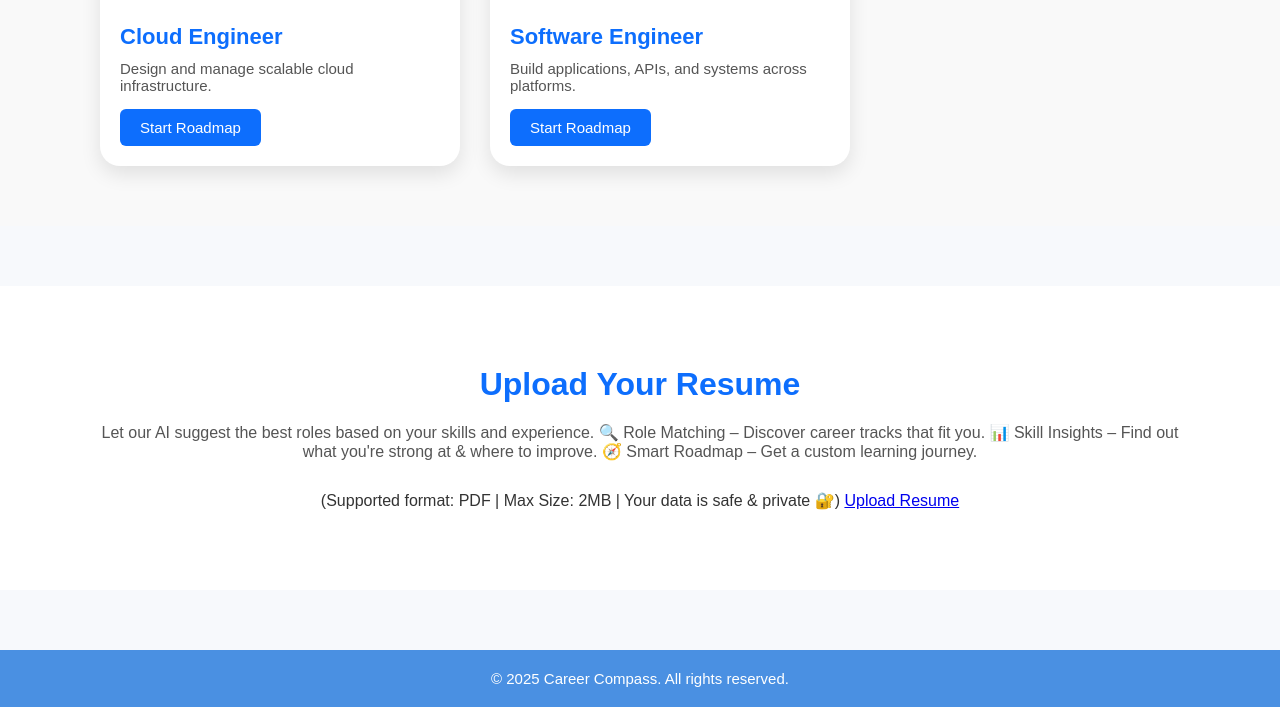
Repository: AI-Devsara01/Career-Compass
Page: templates/home.html
An editor plug-in stored every save of this project. The page is shown before and after a run of saves, followed by the edit.
The browser window is 1280 px wide. The pictures show the part of the page from y = 1150 to 1875 px (the page is 1857 px tall before and 1875 px after).
The template is drawn by Flask 3. The application's start-up code is not run. Other server files are loaded and not shown. The template is opened directly, without the code that normally fills it, so the values that code supplies are empty.

Above is the page before, as saved 2025-04-20 14:38:56.

### templates/home.html
<!DOCTYPE html>
<html lang="en">
<head>
  <meta charset="UTF-8" />
  <meta name="viewport" content="width=device-width, initial-scale=1.0"/>
  <title>Career Compass 🌟</title>
  <link rel="stylesheet" href="https://cdnjs.cloudflare.com/ajax/libs/font-awesome/6.4.0/css/all.min.css"/>
  <link href="https://fonts.googleapis.com/css2?family=Roboto:wght@400;700&display=swap" rel="stylesheet"/>
  <style>
    * {
      margin: 0;
      padding: 0;
      box-sizing: border-box;
    }
    body {
      font-family: 'Poppins', sans-serif;
      background-color: #f7f9fc;
      color: #333;
    }

    .navbar {
      display: flex;
      justify-content: center;
      background-color: #4a90e2;
      padding: 15px 0;
      box-shadow: 0 4px 10px rgba(0, 0, 0, 0.1);
      position: sticky;
      top: 0;
      z-index: 1000;
    }
    .navbar a {
      color: #fff;
      text-decoration: none;
      margin: 0 20px;
      font-weight: bold;
      font-size: 17px;
      transition: 0.3s;
    }
    .navbar a:hover {
      color: #ff6f61;
    }

    .hero {
      background: url('AHaD_&pid=Api&P=0&h=180') no-repeat center center;
      background-size: cover;
      padding: 100px 20px;
      color: #fff;
    }
    .hero-card {
      background: #fff;
      padding: 50px 30px;
      max-width: 800px;
      margin: auto;
      border-radius: 20px;
      box-shadow: 0 12px 25px rgba(0, 0, 0, 0.1);
    }
    .hero h1 {
      font-size: 56px;
      margin-bottom: 20px;
    }
    .hero p {
      font-size: 20px;
      color: #555;
      margin-bottom: 30px;
    }
    .btn {
      background: #ff6f61;
      color: #fff;
      padding: 14px 36px;
      font-size: 18px;
      border: none;
      border-radius: 30px;
      text-decoration: none;
      transition: 0.3s;
      box-shadow: 0 4px 10px rgba(0, 0, 0, 0.1);
    }
    .btn:hover {
      background: #ff4a3d;
    }

    .main-content {
      display: flex;
      gap: 40px;
      padding: 60px 100px;
      flex-wrap: wrap;
      background-color: #f9f9f9;
    }

    .roles-container {
      flex: 3;
      display: grid;
      grid-template-columns: repeat(auto-fit, minmax(280px, 1fr));
      gap: 30px;
    }

    .card {
      background: #fff;
      border-radius: 20px;
      overflow: hidden;
      box-shadow: 0 8px 20px rgba(0, 0, 0, 0.1);
      transition: transform 0.4s;
    }

    .card:hover {
      transform: translateY(-10px);
    }

    .card img {
      width: 100%;
      height: 180px;
      object-fit: cover;
    }

    .card-content {
      padding: 20px;
    }

    .card h3 {
      font-size: 22px;
      color: #0d6efd;
      margin-bottom: 10px;
    }

    .card p {
      font-size: 15px;
      color: #555;
      margin-bottom: 15px;
    }

    .card a {
      background: #0d6efd;
      color: #fff;
      padding: 10px 20px;
      border-radius: 6px;
      text-decoration: none;
      font-size: 15px;
      display: inline-block;
    }

    .card a:hover {
      background: #0056b3;
    }

    .sidebar {
      flex: 1;
      background: #fff;
      padding: 20px;
      border-radius: 14px;
      box-shadow: 0 4px 18px rgba(0, 0, 0, 0.08);
      text-align: center;
      height: fit-content;
    }

    .chat-container {
      background: #0d6efd;
      color: #fff;
      padding: 15px 25px;
      border-radius: 50px;
      display: flex;
      align-items: center;
      justify-content: center;
      cursor: pointer;
      margin-bottom: 20px;
      transition: transform 0.3s;
    }

    .chat-container:hover {
      transform: scale(1.05);
    }

    .chat-container i {
      font-size: 20px;
      margin-right: 10px;
    }

    .chat-container span {
      font-weight: 600;
    }

    .sidebar h2 {
      font-size: 22px;
      color: #0d6efd;
      margin-bottom: 10px;
    }

    .sidebar p {
      font-size: 14px;
      color: #666;
    }

    .feature-section {
      background: #fff;
      padding: 80px 100px;
      text-align: center;
      margin-top: 60px;
    }

    .feature-section h2 {
      font-size: 32px;
      color: #0d6efd;
      margin-bottom: 20px;
    }

    .feature-section p {
      font-size: 16px;
      color: #555;
      margin-bottom: 30px;
    }

    .feature-section form {
      display: flex;
      flex-direction: column;
      align-items: center;
      gap: 15px;
    }

    .feature-section input[type="file"],
    .feature-section input[type="submit"] {
      padding: 10px 15px;
      font-size: 16px;
      border-radius: 6px;
      width: 100%;
      max-width: 350px;
    }

    .feature-section input[type="file"] {
      background: #f1f1f1;
      border: 1px solid #ccc;
    }

    .feature-section input[type="submit"] {
      background: #0d6efd;
      color: #fff;
      border: none;
      cursor: pointer;
    }

    .feature-section input[type="submit"]:hover {
      background: #0056b3;
    }

    .footer {
      text-align: center;
      padding: 20px;
      font-size: 15px;
      background: #4a90e2;
      color: #fff;
      margin-top: 60px;
    }

    @media (max-width: 768px) {
      .main-content {
        flex-direction: column;
        padding: 30px 20px;
      }

      .hero h1 {
        font-size: 36px;
      }

      .hero p,
      .btn,
      .card p {
        font-size: 16px;
      }
    }
  </style>
</head>
<body>
  <!-- Navbar -->
  <div class="navbar">
    <a href="/">🏠 Home</a>
    <a href="/mock_interview">🎯 Interview</a>
    <a href="/roles">💼 Roles</a>
    <a href="/internships">🎓 Internships</a>
    <a href="/soft_skills">💡 Soft Skills</a>
    <a href="/signup">📝 Signup</a>
  </div>

  <!-- Hero Section -->
  <div class="hero">
    <div class="hero-card">
      <h1>Career Compass 🌟</h1>
      <p>Master in-demand skills, build impactful projects, and launch your career with confidence.</p>
      <a href="/roles" class="btn">Explore Now</a>
    </div>
  </div>

  <!-- Main Content -->
  <div class="main-content">
    <!-- Roles -->
    <div class="roles-container">
      <div class="card">
        <img src="https://images.unsplash.com/photo-1556761175-4b46a572b786" alt="AI/ML Engineer"/>
        <div class="card-content">
          <h3>AI/ML Engineer</h3>
          <p>Build intelligent systems with machine learning & AI.</p>
          <a href="/view/ai_engineer">Start Roadmap</a>
        </div>
      </div>
      <div class="card">
        <img src="https://images.unsplash.com/photo-1504639725590-34d0984388bd" alt="Data Scientist"/>
        <div class="card-content">
          <h3>Data Scientist</h3>
          <p>Analyze data and extract valuable insights.</p>
          <a href="/view/data_scientist">Start Roadmap</a>
        </div>
      </div>
      <div class="card">
        <img src="https://images.unsplash.com/photo-1522071820081-009f0129c71c" alt="Cloud Engineer"/>
        <div class="card-content">
          <h3>Cloud Engineer</h3>
          <p>Design and manage scalable cloud infrastructure.</p>
          <a href="/view/cloud_engineer">Start Roadmap</a>
        </div>
      </div>
      <div class="card">
        <img src="https://tse2.mm.bing.net/th?id=OIP.kSM4WTcm9Q728GpeysGy2wHaEQ&pid=Api&P=0&h=180" alt="Software Engineer"/>
        <div class="card-content">
          <h3>Software Engineer</h3>
          <p>Build applications, APIs, and systems across platforms.</p>
          <a href="/view/software_engineer">Start Roadmap</a>
        </div>
      </div>
    </div>

    <!-- Sidebar -->
    <div class="sidebar">
      <div class="chat-container" onclick="alert('Chatbot coming soon!')">
        <i class="fas fa-robot"></i>
        <span>Chat with CareerBot</span>
      </div>
      <h2>Need Help?</h2>
      <p>Get personalized career guidance and AI-powered support.</p>
      <a href="/view/chat">Chat Now</a>
    </div>
  </div>

  <!-- Feature Section -->
  <div class="feature-section">
    <h2>Upload Your Resume</h2>
    <p>Let our AI suggest the best roles based on your skills
      and experience.
     🔍 Role Matching – Discover career tracks that fit you.
      📊 Skill Insights – Find out what you're strong at & where to improve.
     🧭 Smart Roadmap – Get a custom learning journey.</p>
(Supported format: PDF | Max Size: 2MB | Your data is safe & private 🔐)
    <a href="/resume">Upload Resume</a>

  </div>

  <!-- Footer -->
  <div class="footer">
    © 2025 Career Compass. All rights reserved.
  </div>
</body>
</html>

After the next 2 saves:
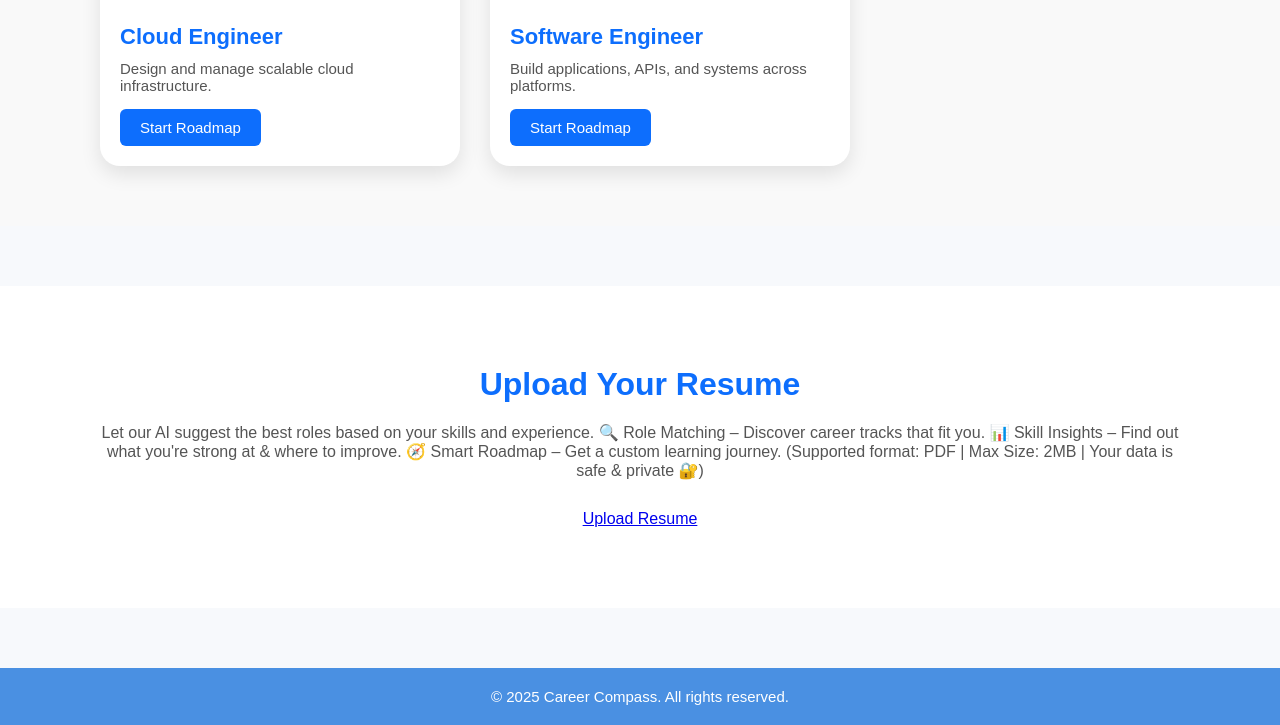
The 2 saves are shown as one change because they came seconds apart.
The last was saved 9 s later.
--- a/templates/home.html
+++ b/templates/home.html
@@ -343,8 +343,8 @@
       and experience.
      🔍 Role Matching – Discover career tracks that fit you.
       📊 Skill Insights – Find out what you're strong at & where to improve.
-     🧭 Smart Roadmap – Get a custom learning journey.</p>
-(Supported format: PDF | Max Size: 2MB | Your data is safe & private 🔐)
+     🧭 Smart Roadmap – Get a custom learning journey.
+(Supported format: PDF | Max Size: 2MB | Your data is safe & private 🔐)</p>
     <a href="/resume">Upload Resume</a>
 
   </div>
